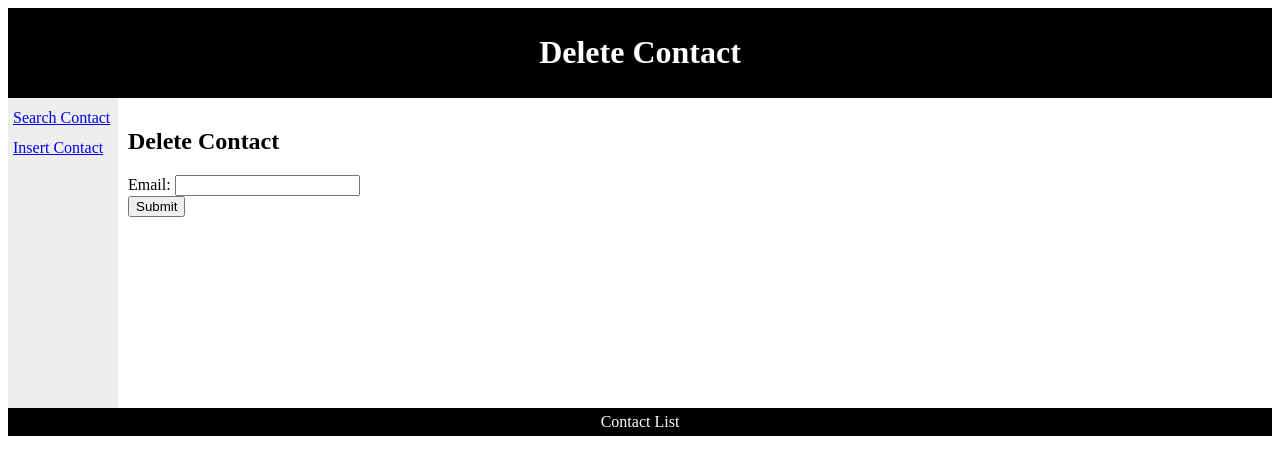
Repository: briantran140/intro-to-software-engineering-tech-exercise
Page: techExercise-tran/src/main/webapp/delete_tran.html
The author's editor kept a copy of each file at every save. The page is drawn from the files as they stood at one save, then again after the next save.
The browser window is 1280 px wide. The pictures show the whole page.

Above is the page before, as saved 2023-10-13 04:22:44.

### techExercise-tran/src/main/webapp/delete_tran.html
<html>
<head>
<style>
header {
    background-color:black;
    color:white;
    text-align:center;
    padding:5px;
}
nav {
    line-height:30px;
    background-color:#eeeeee;
    height:300px;
    width:100px;
    float:left;
    padding:5px;
}
section {
    width:350px;
    float:left;
    padding:10px;
}
footer {
    background-color:black;
    color:white;
    clear:both;
    text-align:center;
    padding:5px;
}
</style>
</head>

<body>
<header>
	<h1> Delete Contact </h1>
</header>

<nav>
<a href="/techExercise-tran/search_tran.html">Search Contact</a> <br>
<a href="/techExercise-tran/insert_tran.html">Insert Contact</a> <br>
</nav>

<section>
	<h1>Delete Contact</h1>

	<form action="DeleteTran" method="POST">

		Email: <input type="text" name="email"> <br/>

		<input type="submit" value="Submit" />
	</form>
</section>

<footer>
	Contact List
</footer>
</body>
</html>

After the next save:
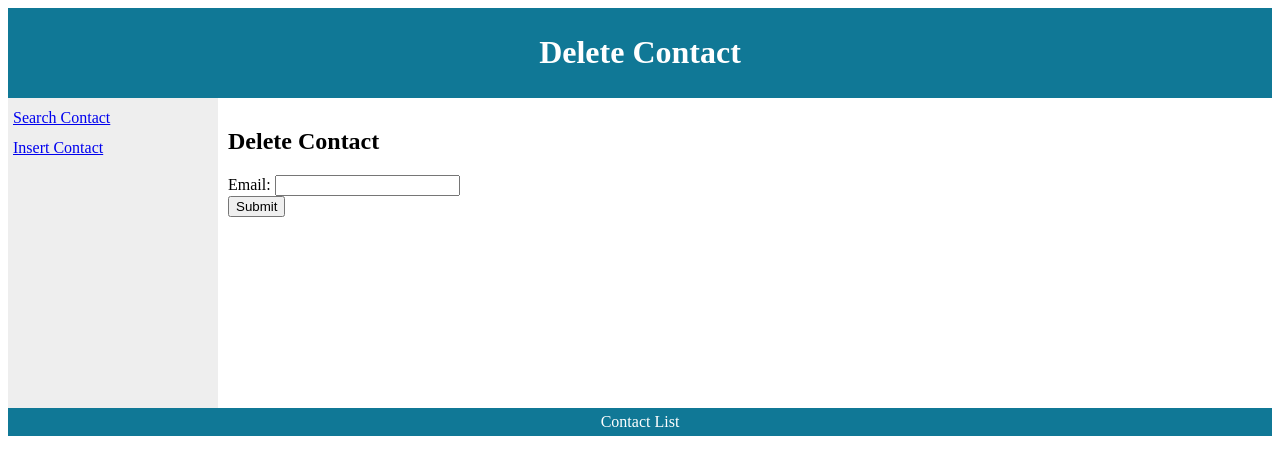
Saved 17 s later.
--- a/techExercise-tran/src/main/webapp/delete_tran.html
+++ b/techExercise-tran/src/main/webapp/delete_tran.html
@@ -2,7 +2,7 @@
 <head>
 <style>
 header {
-    background-color:black;
+    background-color:#107896;
     color:white;
     text-align:center;
     padding:5px;
@@ -11,7 +11,7 @@ nav {
     line-height:30px;
     background-color:#eeeeee;
     height:300px;
-    width:100px;
+    width:200px;
     float:left;
     padding:5px;
 }
@@ -21,7 +21,7 @@ section {
     padding:10px;
 }
 footer {
-    background-color:black;
+    background-color:#107896;
     color:white;
     clear:both;
     text-align:center;
